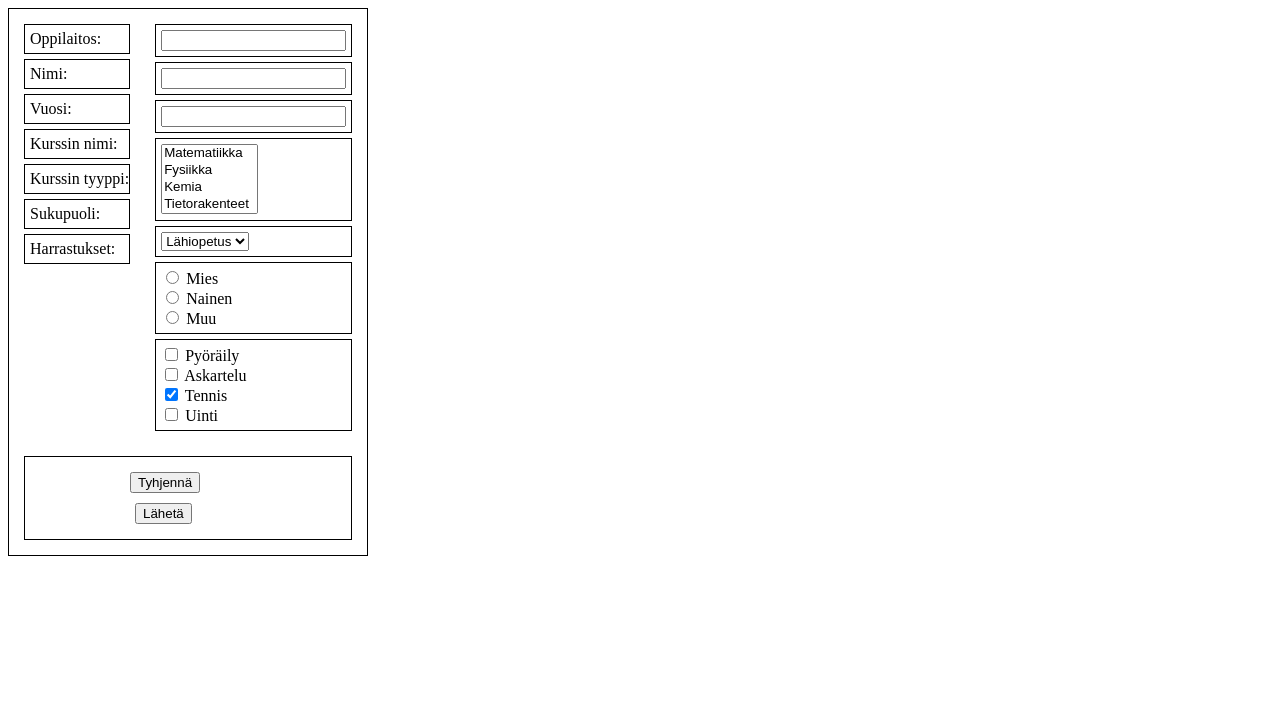
Repository: Niina-Maria/tehtavat-12-17-Niina-Maria2
Page: teht15.html
An editor plug-in stored every save of this project. The page is shown before and after the next save, followed by the edit.
The browser window is 1280 px wide. The pictures show the whole page.

Above is the page before, as saved 2024-11-19 23:21:12.

After the next save:
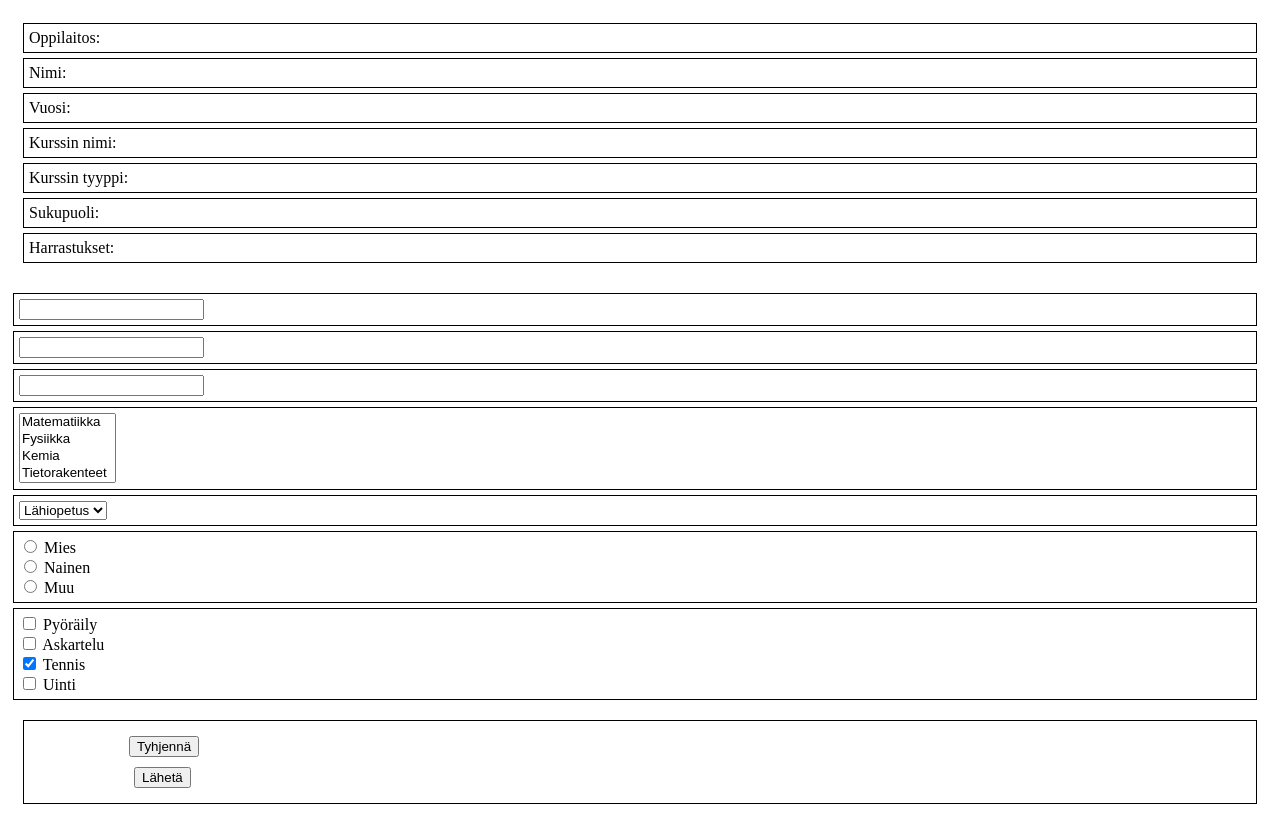
Saved 4 min 52 s later.
--- a/teht15.css
+++ b/teht15.css
@@ -1,11 +1,28 @@
 .grid-container {
+grid-template-areas:
+    "grid-item grid-item3"
+    "grid-item grid-item3"
+    "grid-item grid-item3"
+    "grid-item grid-item3"
+    "grid-item grid-item3"
+    "grid-item grid-item3"
+    "grid-item grid-item3"
+    "grid-item2 grid-item2";
+    grid-template-rows: 60px 250px 60px;
+    grid-template-columns: 20% 65% 15%;
+    grid-gap: 10px;
+    height: 100vh;
+    margin: 0;
+}
+
+/* .grid-container {
   display: grid;
   gap: 5px;
   border: 1px solid black;
   width: fit-content;
   justify-content: first baseline;
   grid-column: 1/span 2;
-}
+} */
 
 .grid-item {
    text-align: left;
